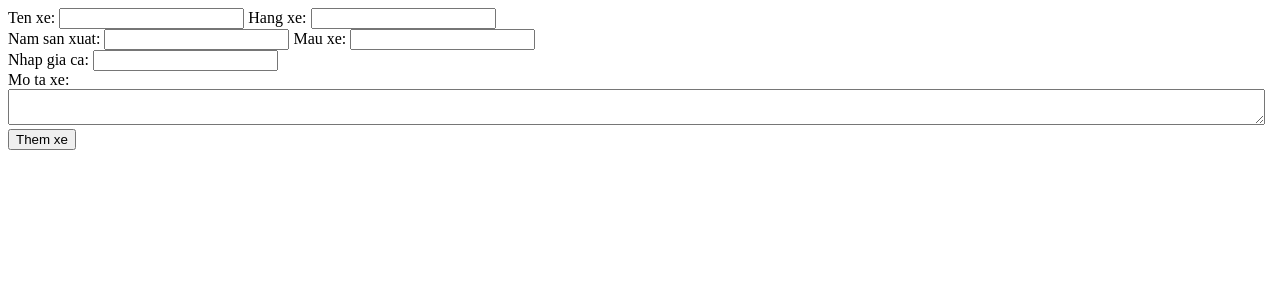
Repository: vule2809/LTW-20146307
Page: http://localhost/A-banxemay/views/product/addProduct.jsp
An editor plug-in stored every save of this project. The page is shown before and after the next save, followed by the edit.
The browser window is 1280 px wide. The pictures show the whole page.
The page is served by Tomcat 9. Nobody is signed in. The application's start-up code is not run.

Above is the page before, as saved 2023-12-05 05:55:34.

After the next save:
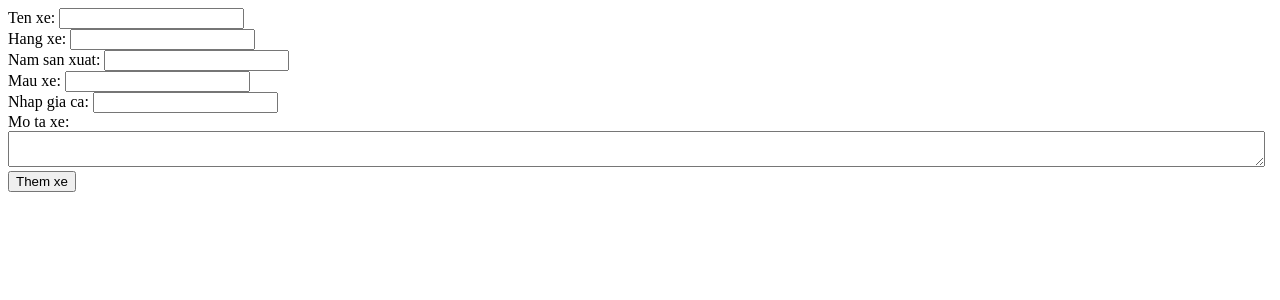
Saved 13 s later.
--- a/A-banxemay/src/main/webapp/views/product/addProduct.jsp
+++ b/A-banxemay/src/main/webapp/views/product/addProduct.jsp
@@ -9,9 +9,9 @@
 </head>
 <body>
 	<form action="add" method="post">
-		<label>Ten xe:</label> <input type="text" name="ProductName">
+		<label>Ten xe:</label> <input type="text" name="ProductName"><br>
 		<label>Hang xe:</label> <input type="text" name="Brand"><br>
-		<label>Nam san xuat:</label> <input type="text" name="Year">
+		<label>Nam san xuat:</label> <input type="text" name="Year"><br>
 		<label>Mau xe:</label> <input type="text" name="Color"><br>
 		<label>Nhap gia ca:</label> <input type="text" name="Price"><br>
 		<label>Mo ta xe:</label> <textarea name="Description" cols="5" class="form-control" style="width:99%;"></textarea><br>
